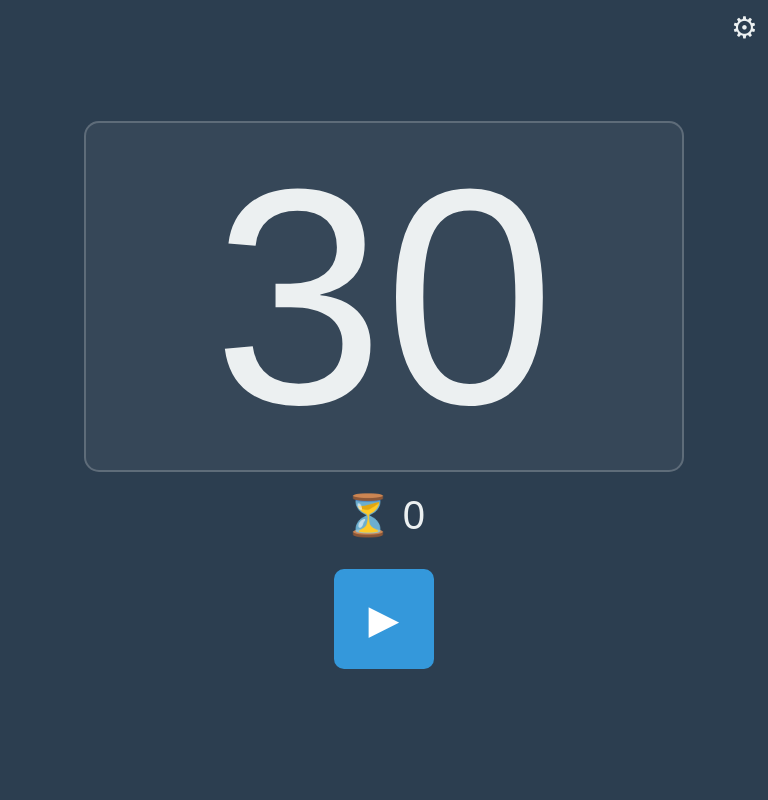
Repository: STnaidoo/poker-shot-clock
Page: index.html
The author's editor kept a copy of each file at every save. The page is drawn from the files as they stood at one save, then again after the next save.
The browser window is 768 px wide. The pictures show the whole page.

Above is the page before, as saved 2024-10-31 17:08:58.

### index.html
<!DOCTYPE html>
<html>
<head>
    <title>Poker Shot Clock</title>
    <style>
        body {
            position: relative;
            font-family: Arial, sans-serif;
            display: flex;
            flex-direction: column;
            justify-content: center;
            align-items: center;
            background-color: #2c3e50;
            color: #ecf0f1;
            margin: 0;
            padding: 0;
            transition: background-color 0.5s;
            text-align: center;
            height: 100vh;
        }

        #settingsIcon {
            position: absolute;
            top: 10px;
            right: 10px;
            font-size: 30px;
            cursor: pointer;
        }

        #timerContainer {
            position: relative;
            cursor: pointer;
            user-select: none;
            padding: 20px;
            border-radius: 15px;
            border: 2px solid rgba(255, 255, 255, 0.2);
            background-color: rgba(255, 255, 255, 0.05);
            transition: border-color 0.3s, background-color 0.3s;
            display: flex;
            align-items: center;
            justify-content: center;
            width: 50%;
            max-width: 600px;
            min-width: 300px;
            box-sizing: border-box;
        }

        #timerContainer:hover {
            border-color: #f1c40f;
            background-color: rgba(241, 196, 15, 0.1);
        }

        #timer {
            font-size: 20vw;
            line-height: 1;
            margin: 0;
            color: #ecf0f1;
            transition: color 0.3s;
            text-align: center;
            max-width: 100%;
            overflow: hidden;
            white-space: nowrap;
            text-overflow: ellipsis;
        }

        #timerContainer:hover #timer {
            color: #f1c40f;
        }

        #timeBanks {
            font-size: 5vh;
            margin-top: 20px;
            display: flex;
            align-items: center;
            justify-content: center;
        }

        #timeBanksIcon {
            font-size: 5vh;
            margin-right: 10px;
        }

        #buttons {
            margin-top: 20px;
            display: flex;
            justify-content: center;
        }

        .button {
            font-size: 5vh;
            width: 100px;
            height: 100px;
            margin: 10px;
            background-color: #3498db;
            border: none;
            color: #fff;
            cursor: pointer;
            border-radius: 10px;
            display: flex;
            align-items: center;
            justify-content: center;
        }

        .button:active {
            background-color: #2980b9;
        }

        /* Added media query for tablets and phones */
        @media (max-width: 768px) {
            #timer {
                font-size: 40vw;
            }

            #timerContainer {
                width: 80%; /* Increased width */
            }
        }
    </style>
</head>
<body>

    <div id="settingsIcon">⚙</div>

    <div id="timerContainer">
        <div id="timer">30</div>
    </div>

    <div id="timeBanks">
        <div id="timeBanksIcon">⏳</div>
        <div id="timeBanksText">0</div>
    </div>

    <div id="buttons">
        <button id="toggleButton" class="button">▶</button>
    </div>

    <script>
        var timerDisplay = document.getElementById('timer');
        var timeBanksText = document.getElementById('timeBanksText');
        var toggleButton = document.getElementById('toggleButton');
        var settingsIcon = document.getElementById('settingsIcon');
        var timerContainer = document.getElementById('timerContainer');

        var timeLeft;
        var initialTime;
        var timerId;
        var isRunning = false;
        var timeBanksOwed = 0;

        // Load the timer duration from localStorage or use default
        if (localStorage.getItem('timerDuration')) {
            initialTime = parseInt(localStorage.getItem('timerDuration'));
        } else {
            initialTime = 30; // default value
        }
        timeLeft = initialTime;
        timerDisplay.textContent = timeLeft;

        toggleButton.addEventListener('click', function() {
            if (!isRunning) {
                timerId = setInterval(countdown, 1000);
                isRunning = true;
                toggleButton.textContent = '⏸';
            } else {
                clearInterval(timerId);
                document.body.style.backgroundColor = '#2c3e50'; // Reset background color
                isRunning = false;
                toggleButton.textContent = '▶';
            }
        });

        timerContainer.addEventListener('click', resetTimer);

        settingsIcon.addEventListener('click', function() {
            window.location.href = 'settings.html';
        });

        function countdown() {
            // Decrement timeLeft
            timeLeft--;

            if (timeLeft >= 0) {
                timerDisplay.textContent = timeLeft;
            }

            if (timeLeft <= 5 && timeLeft >= 0) {
                // Flash red on the second
                document.body.style.backgroundColor = '#e74c3c'; // Flash red
                playTick();

                // Return to original color after half a second
                setTimeout(function() {
                    document.body.style.backgroundColor = '#2c3e50'; // Original color
                }, 500);
            } else {
                // Ensure background color is set to default if not flashing
                document.body.style.backgroundColor = '#2c3e50';
            }

            if (timeLeft < 0) {
                // Time has expired
                timeBanksOwed++;
                updateTimeBanksDisplay();
                playBeep();

                // Reset timer
                timeLeft = initialTime;
                timerDisplay.textContent = timeLeft;
                document.body.style.backgroundColor = '#2c3e50';
            }
        }

        function playBeep() {
            var context = new (window.AudioContext || window.webkitAudioContext)();
            var oscillator = context.createOscillator();
            var gainNode = context.createGain();

            oscillator.type = "triangle";
            oscillator.frequency.setValueAtTime(260, context.currentTime); // Slightly higher frequency

            gainNode.gain.setValueAtTime(1, context.currentTime);
            gainNode.gain.exponentialRampToValueAtTime(0.001, context.currentTime + 0.5); // Smooth fade out

            oscillator.connect(gainNode);
            gainNode.connect(context.destination);

            oscillator.start();
            oscillator.stop(context.currentTime + 0.5); // Longer duration
        }

        function playTick() {
            var context = new (window.AudioContext || window.webkitAudioContext)();
            var oscillator = context.createOscillator();
            oscillator.type = "square";
            oscillator.frequency.setValueAtTime(880, context.currentTime); // Higher frequency for tick
            oscillator.connect(context.destination);
            oscillator.start();
            oscillator.stop(context.currentTime + 0.05); // Tick duration in seconds
        }

        function playRestartSound() {
            var context = new (window.AudioContext || window.webkitAudioContext)();

            // Create a buffer with white noise
            var bufferSize = context.sampleRate * 0.03; // 30ms duration
            var buffer = context.createBuffer(1, bufferSize, context.sampleRate);
            var data = buffer.getChannelData(0);

            for (var i = 0; i < bufferSize; i++) {
                data[i] = (Math.random() * 2 - 1) * Math.pow(1 - i / bufferSize, 2); // Exponential decay
            }

            // First noise burst
            var noise1 = context.createBufferSource();
            noise1.buffer = buffer;
            noise1.connect(context.destination);
            noise1.start(context.currentTime);

            // Second noise burst, shortly after the first
            var noise2 = context.createBufferSource();
            noise2.buffer = buffer;
            noise2.connect(context.destination);
            noise2.start(context.currentTime + 0.2); // 200 milliseconds later
        }

        function resetTimer() {
            clearInterval(timerId);
            timeLeft = initialTime;
            timerDisplay.textContent = timeLeft;
            document.body.style.backgroundColor = '#2c3e50'; // Reset background color
            playRestartSound(); // Play restart sound
            isRunning = true;
            timerId = setInterval(countdown, 1000);
            toggleButton.textContent = '⏸';

            // Reset time banks owed to zero
            timeBanksOwed = 0;
            updateTimeBanksDisplay();
        }

        function updateTimeBanksDisplay() {
            timeBanksText.textContent = timeBanksOwed;
        }
    </script>

</body>
</html>

After the next save:
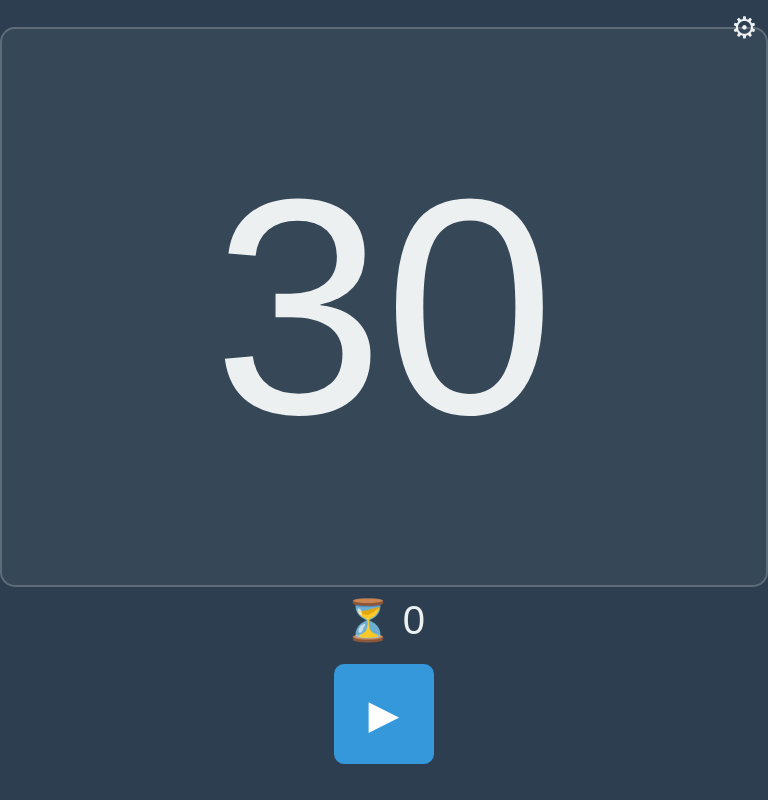
Saved 107 s later.
--- a/index.html
+++ b/index.html
@@ -112,7 +112,14 @@
             }
 
             #timerContainer {
-                width: 80%; /* Increased width */
+                width: 100%;
+                height: 70vh; /* Ensure timer container takes up at least 70% of viewport height */
+                max-width: none; /* Remove max-width */
+                min-width: none; /* Remove min-width */
+            }
+
+            #buttons, #timeBanks {
+                margin-top: 10px;
             }
         }
     </style>
